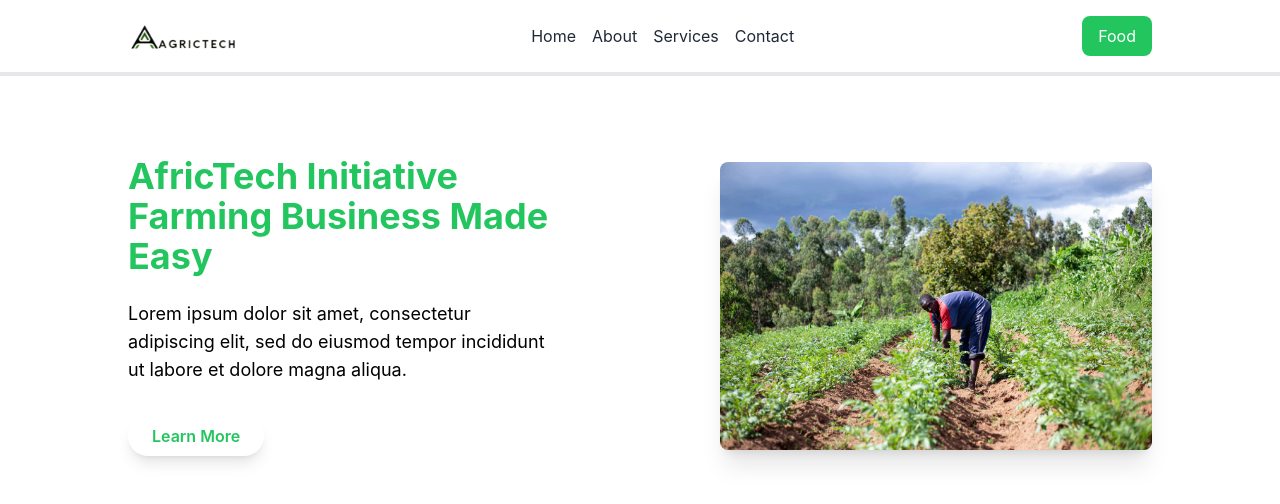
Repository: akinolapo/agric-tech
Page: /
These files come from the project's save history. The page is drawn as it stood at one moment and after the next save; the edit follows.
The browser window is 1280 px wide. The pictures show the whole page.
The project was rebuilt for these pictures with package versions that can differ from the ones it lists, and the page was loaded fresh each time.

Above is the page before, as saved 2023-05-27 00:19:20.

After the next save:
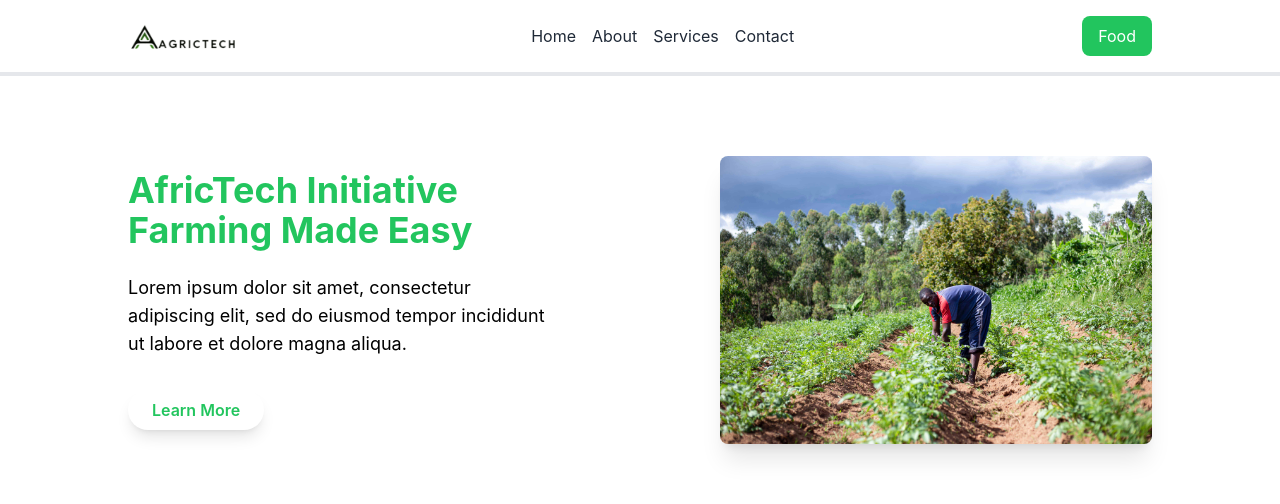
Saved 9 s later.
--- a/src/components/Hero.jsx
+++ b/src/components/Hero.jsx
@@ -5,7 +5,7 @@ const Hero = () => {
     <section className="bg-white text-black py-20 px-5 sm:px-32">
       <div className="container mx-auto flex flex-col lg:flex-row items-center gap-40">
         <div className="lg:w-1/2">
-          <h1 className="text-4xl font-bold mb-6 text-green-500">AfricTech Initiative <br></br> Farming Business Made Easy</h1>
+          <h1 className="text-4xl font-bold mb-6 text-green-500">AfricTech Initiative <br></br> Farming Made Easy</h1>
           <p className="text-lg mb-8">Lorem ipsum dolor sit amet, consectetur adipiscing elit, sed do eiusmod tempor incididunt ut labore et dolore magna aliqua.</p>
           <button className="bg-white text-green-500 py-2 px-6 rounded-full font-semibold shadow-lg hover:shadow-xl transition duration-300">Learn More</button>
         </div>
